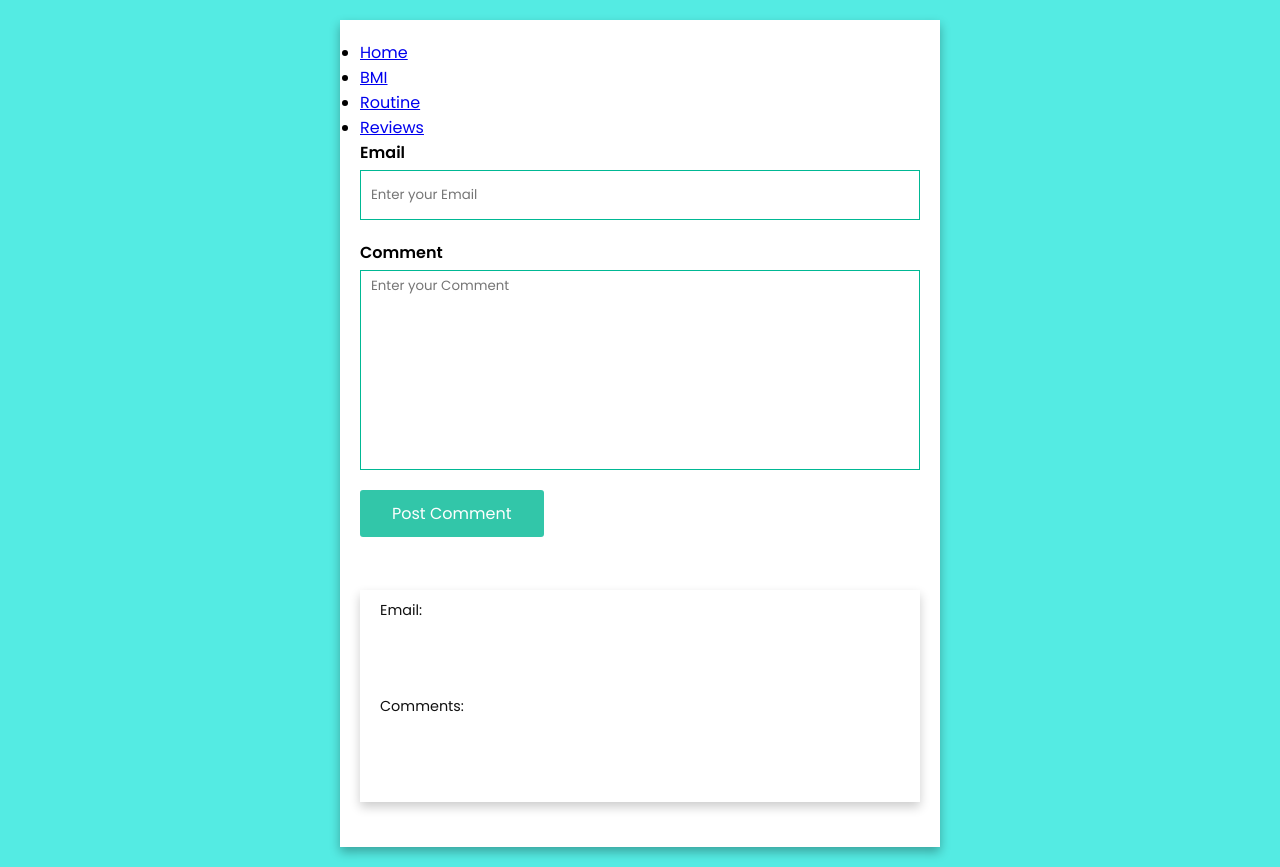
Repository: LaukeyMwaura/Fittylife-php
Page: html/review.html
The author's editor kept a copy of each file at every save. The page is drawn from the files as they stood at one save, then again after the next save.
The browser window is 1280 px wide. The pictures show the whole page.

Above is the page before, as saved 2022-03-10 09:36:45.

### html/review.html


<!DOCTYPE html>
<html>
<head>
	<meta charset="utf-8">
	<meta name="viewport" content="width=device-width, initial-scale=1.0">

	<link rel="stylesheet" type="text/css" href="../css/review.css">
	<title>User Reviews</title>
</head>
<body>
	<div class="wrapper">
		    <ul class="nav justify-content-center">
        <li class="nav-item">
            <a class="nav-link active" href="./index.html">Home</a>
        </li>
        <li class="nav-item">
            <a class="nav-link" href="./bmi.html">BMI</a>
        </li>
        <li class="nav-item">
            <a class="nav-link" href="./routine.html">Routine</a>
        </li>
        <li class="nav-item">
            <a class="nav-link" href="./review.html">Reviews</a>
        </li>
    </ul>
		<form action="" method="POST" class="form">
			<div class="row">
				<div class="input-group">
					<label for="email">Email</label>
					<input type="email" name="email" id="email" placeholder="Enter your Email" required>
				</div>
			</div>
			<div class="input-group textarea">
				<label for="comment">Comment</label>
				<textarea id="comment" name="comment" placeholder="Enter your Comment" required></textarea>
			</div>
			<div class="input-group">
				<button name="submit" class="btn">Post Comment</button>
			</div>
		</form>
		<div class="prev-comments">

			<div class="single-item">
				<p>Email:</p>
				<br><br><br>
				<p>Comments:</p>
				<br><br><br>
				<p>
		</div>
	</div>
</body>
</html>

### css/review.css
@import url('https://fonts.googleapis.com/css2?family=Poppins:ital,wght@0,100;0,200;0,300;0,400;0,500;0,600;0,700;0,800;0,900;1,100;1,200;1,300;1,400;1,500;1,600;1,700;1,800;1,900&display=swap');

* {
    margin: 0;
    padding: 0;
    box-sizing: border-box;
    font-family: 'Poppins', sans-serif;
}

body {
    width: 100%;
    min-height: 100vh;
    display: flex;
    justify-content: center;
    align-items: center;
    flex-direction: column;
    background: #54ebe3;
}

.wrapper {
    padding: 20px;
    background: #FFF;
    box-shadow: 0 5px 10px rgba(0,0,0,0.3);
    width: 600px;
    min-height: 400px;
    margin: 20px 0;
}

.wrapper .row {
    display: grid;
    grid-template-columns: repeat(auto-fit, minmax(280px, 1fr));
}

.wrapper .form .row .input-group {
    padding: 0 10px;
    display: block;
}

.wrapper .form .row .input-group:first-child {
    padding-left: 0;
}

.wrapper .form .row .input-group:last-child {
    padding-right: 0;
}

.wrapper .form .input-group {
    width: 100%;
    height: 50px;
    margin-bottom: 50px;
}

.wrapper .form .input-group label {
    font-weight: 600;
    margin-bottom: 5px;
    display: block;
}

.wrapper .form .input-group .btn {
    margin: 20px 0;
    display: block;
    padding: .7rem 2rem;
    opacity: .8;
    color: #FFF;
    background: #00b894;
    border: none;
    outline: none;
    border-radius: 3px;
    cursor: pointer;
    font-size: 1rem;
    transition: .3s ease-in;
}

.wrapper .form .input-group .btn:hover {
    opacity: 1;
}

.wrapper .form .input-group input, .wrapper .form .input-group textarea {
    width: 100%;
    height: 100%;
    border: 1px solid #00b894;
    outline: none;
    padding: 5px 10px;
}

.wrapper .form .input-group.textarea {
    height: 200px;
}

.wrapper .form .input-group.textarea textarea {
    resize: none;
}

.wrapper .prev-comments {
    margin-top: 50px;
}

.wrapper .prev-comments .single-item {
    background: #FFF;
    box-shadow: 0 5px 10px rgba(0,0,0,0.2);
    padding: 10px 20px;
    text-align: left;
    margin-bottom: 25px;
}

.wrapper .prev-comments .single-item h4 {
    font-size: 1.3rem;
    font-weight: 800;
    color: #111;
}

.wrapper .prev-comments .single-item a {
    margin: 10px 0;
    font-size: 1rem;
    color: #111;
    text-decoration: none;
    display: inline-block;
}

.wrapper .prev-comments .single-item p {
    font-size: .9rem;
    color: #111;
}

After the next save:
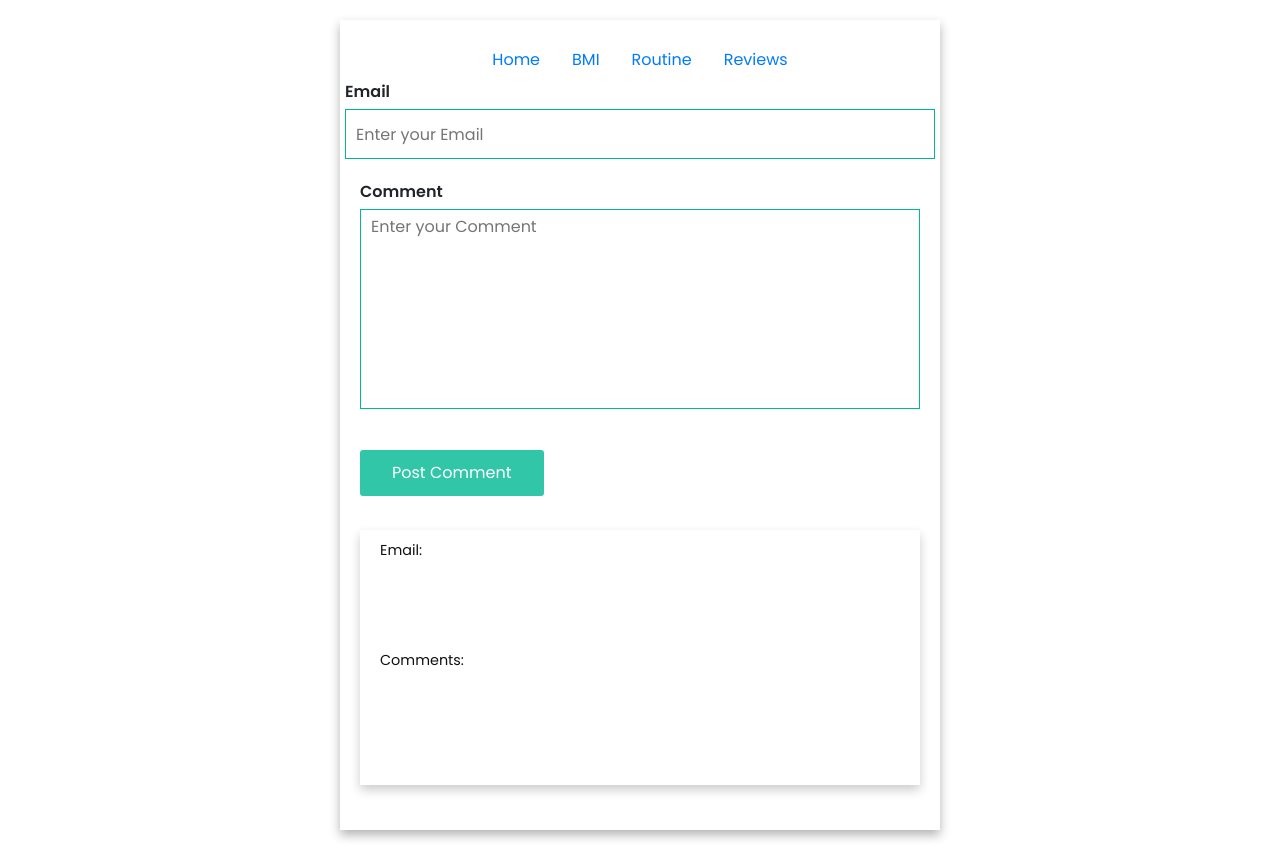
Saved 17 s later.
--- a/html/review.html
+++ b/html/review.html
@@ -8,6 +8,7 @@
 
 	<link rel="stylesheet" type="text/css" href="../css/review.css">
 	<title>User Reviews</title>
+	<link href="https://cdnjs.cloudflare.com/ajax/libs/twitter-bootstrap/4.4.1/css/bootstrap.min.css" rel="stylesheet">
 </head>
 <body>
 	<div class="wrapper">
